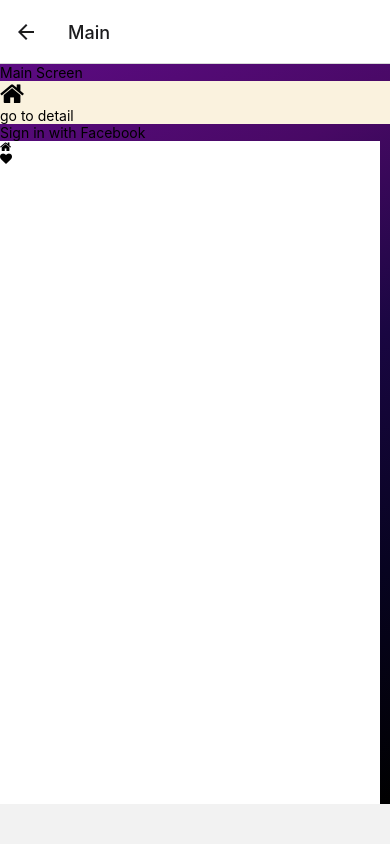
Repository: eyebone/barManager
Screen: /Main
An editor plug-in stored every save of this project. The screen is shown before and after a run of saves, followed by the edit.
The app was drawn by React Native's web renderer in a window 390 px wide. The project was rebuilt for these pictures with package versions that can differ from the ones it lists, and the page was loaded fresh each time. Some packages were replaced by stand-ins written for this rebuild. Also part of the build but not shown: components/EmojiPicker.js, components/Button.js, components/ImageViewer.js, components/circleButton.js, components/IconButton.js, view/ViewOne.js, view/Sign.js.

Above is the screen before, as saved 2023-06-26 17:07:05.

After the next 2 saves:
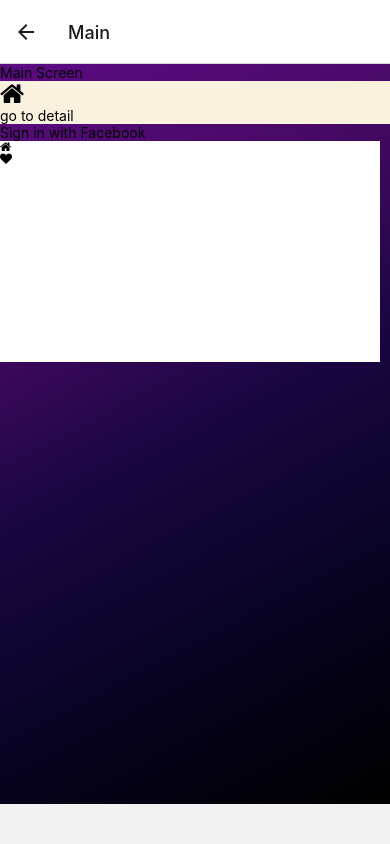
The 2 saves are shown as one change because they came seconds apart.
The last was saved 31 s later.
--- a/components/NavigationBar.js
+++ b/components/NavigationBar.js
@@ -39,6 +39,6 @@ const styles = StyleSheet.create({
         width: 380,
         height: 56,
         backgroundColor: "#fff",
-        flex: 1
+        flex: 1/3
     },
 })
